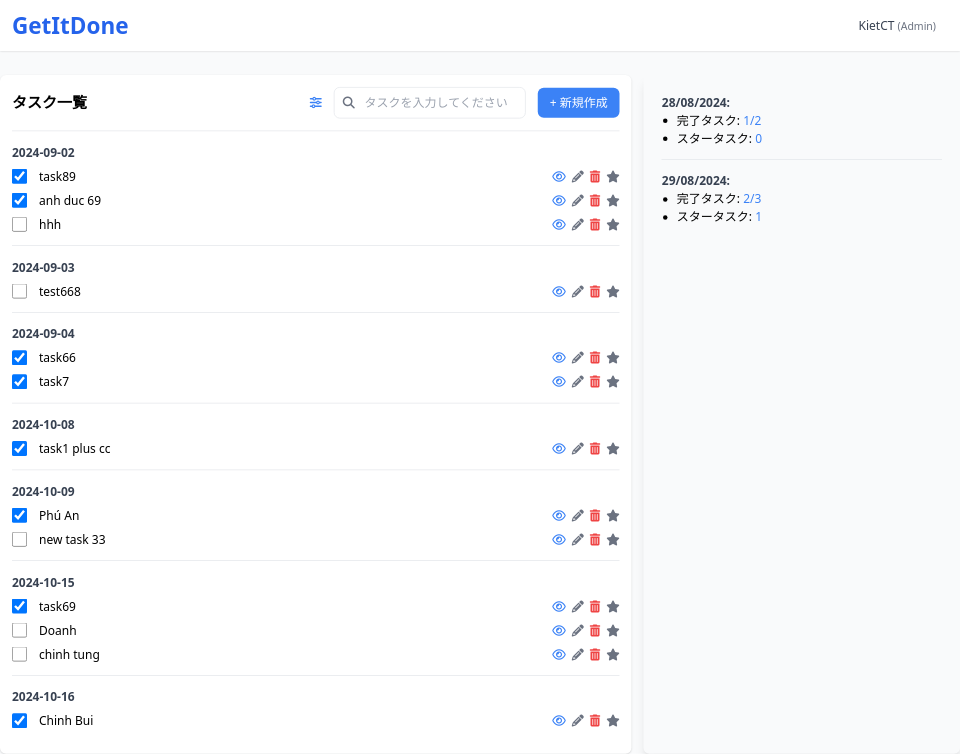
Repository: TuanAnhNguyen723/todolist
Page: http://localhost/mainscreen/mainscreen.php
The author's editor kept a copy of each file at every save. The page is drawn from the files as they stood at one save, then again after the next save.
The browser window is 1280 px wide. The pictures show the whole page, at 75% of full size.
Some icons come from a web library that is not loaded, so they are not drawn. Some web libraries are served in a nearby version. The page is run by PHP 8.4 with error messages shown; the project is at /var/www/html/. The database holds what the project's SQL file puts in it.

Above is the page before, as saved 2024-09-26 18:17:55.

After the next save:
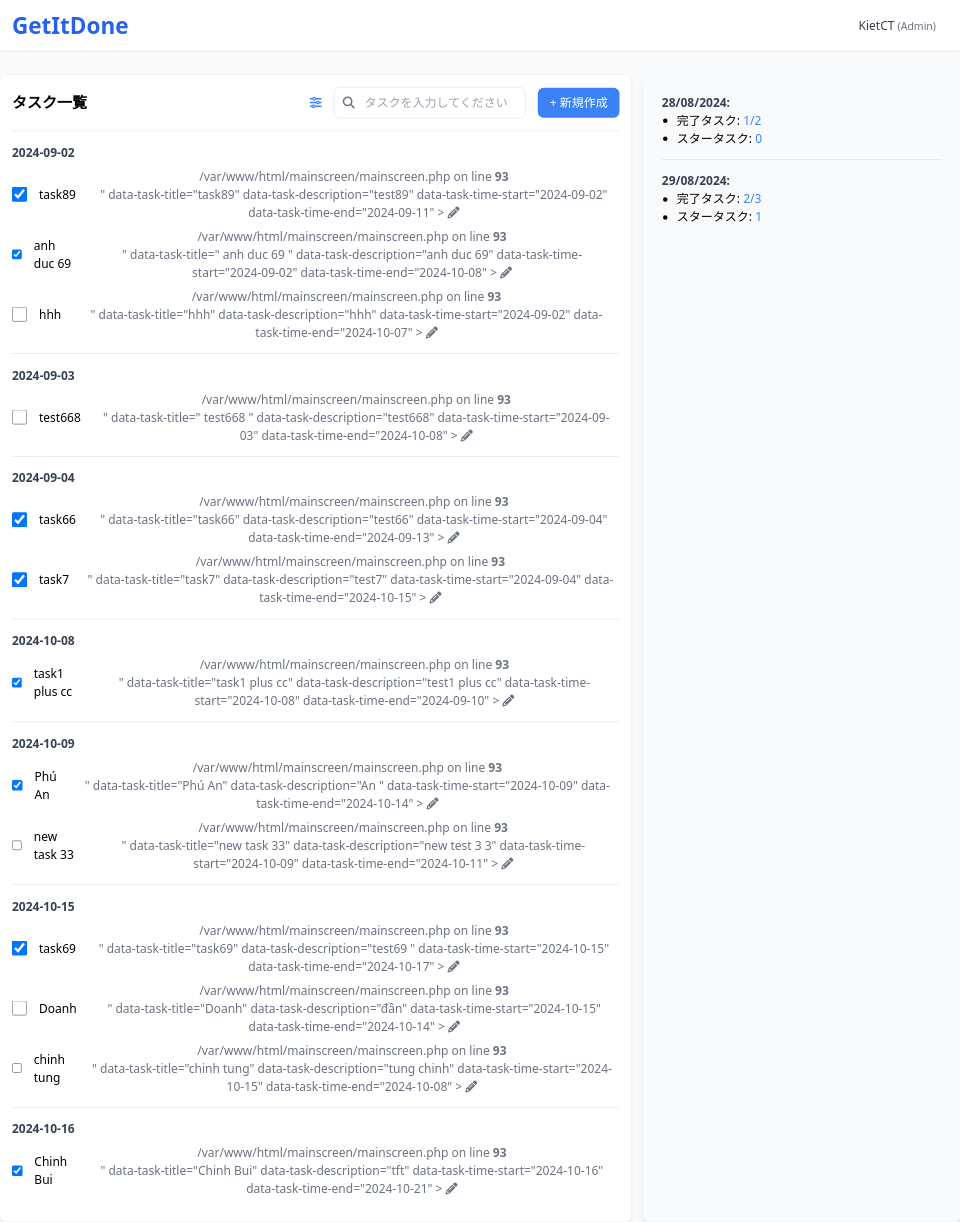
Saved 6 min 12 s later.
--- a/mainscreen/mainscreen.php
+++ b/mainscreen/mainscreen.php
@@ -76,32 +76,32 @@ include '../mainscreen/mainscreenController.php';
                   <h3 class="font-bold text-gray-700"><?php echo htmlspecialchars($date); ?></h3>
 
                   <!-- Hiển thị danh sách các nhiệm vụ thuộc ngày đó -->
-                  <?php foreach ($tasks as $task): ?>
-                      <div class="flex justify-between items-center space-x-4 my-2">
-                          <div class="flex items-center space-x-4">
-                              <input
-                                  type="checkbox"
-                                  class="form-checkbox h-5 w-5 toggle-complete"
-                                  <?php echo $task['checked'] ? 'checked' : ''; ?>
-                              />
-                              <span class="task-text"><?php echo htmlspecialchars($task['title']); ?></span>
-                          </div>
-                          <div class="flex space-x-2">
-                              <button class="text-blue-500 hover:text-blue-700">
-                                  <i class="fa fa-eye"></i>
-                              </button>
-                              <button class="text-gray-500 hover:text-gray-700">
-                                  <i class="fa fa-pencil"></i>
-                              </button>
-                              <button class="text-red-500 hover:text-red-700">
-                                  <i class="fa fa-trash"></i>
-                              </button>
-                              <button class="text-gray-500 hover:text-yellow-300 star-icon">
-                                  <i class="fa fa-star"></i>
-                              </button>
-                          </div>
-                      </div>
-                  <?php endforeach; ?>
+<?php foreach ($tasks as $task): ?>
+    <div class="flex justify-between items-center space-x-4 my-2">
+        <div class="flex items-center space-x-4">
+            <input
+                type="checkbox"
+                class="form-checkbox h-5 w-5 toggle-complete"
+                <?php echo $task['checked'] ? 'checked' : ''; ?>
+            />
+            <span class="task-text"><?php echo htmlspecialchars($task['title']); ?></span>
+        </div>
+        <div class="flex space-x-2">
+            <button class="text-blue-500 hover:text-blue-700 fa-eye"></button>
+            <button
+                class="text-gray-500 hover:text-gray-700 fa-pencil"
+                data-task-id="<?php echo $task['id']; ?>"
+                data-task-title="<?php echo htmlspecialchars($task['title']); ?>"
+                data-task-description="<?php echo htmlspecialchars($task['description']); ?>"
+                data-task-time-start="<?php echo $task['time_start']; ?>"
+                data-task-time-end="<?php echo $task['time_end']; ?>"
+            >
+                <i class="fa fa-pencil"></i>
+            </button>
+            <button class="text-red-500 hover:text-red-700 fa-trash"></button>
+        </div>
+    </div>
+<?php endforeach; ?>
               </div>
             <?php endforeach; ?>
           </div>
